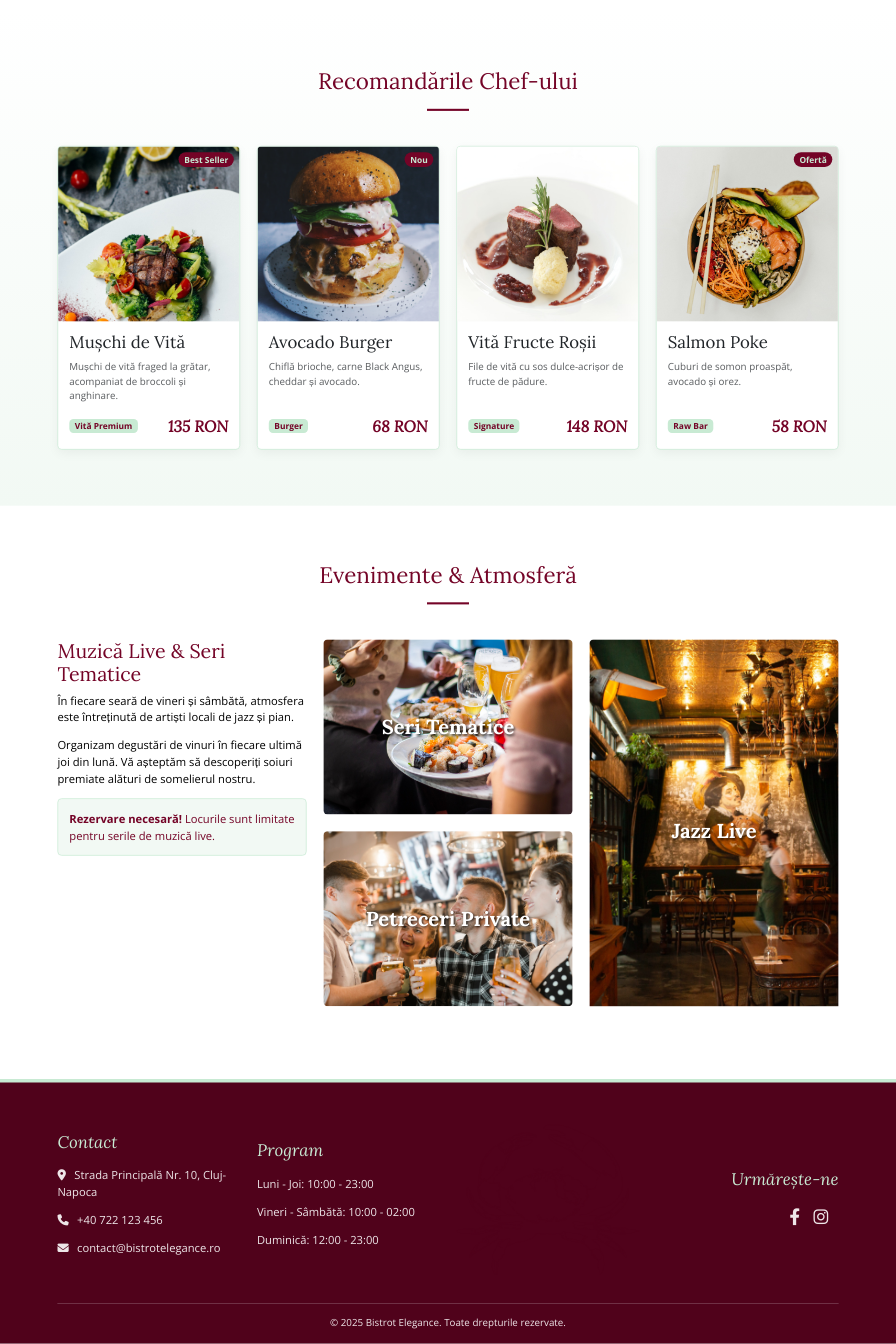
Repository: 912-Comsa-Teodora/bistrot-restaurant
Page: restaurant/index.html
These files come from the project's save history. The page is drawn as it stood at one moment and after the next save; the edit follows.
The browser window is 1280 px wide. The pictures show the part of the page from y = 1198 to 3118 px (the page is 3118 px tall), at 70% of full size.
A picture or video elsewhere on the page could not be fetched, so the positions and the page height are approximate.

Above is the page before, as saved 2026-01-18 16:41:34.

### restaurant/index.html
<!DOCTYPE html>
<html lang="ro">
<head>
    <meta charset="UTF-8">
    <meta name="viewport" content="width=device-width, initial-scale=1.0">
    <meta name="description" content="Cel mai bun restaurant și bar din oraș. Atmosferă unică, meniu select.">
    <meta name="author" content="Numele Tau">

    <title>Bistrot Elegance - Restaurant & Bar</title>

    <link href="https://cdn.jsdelivr.net/npm/bootstrap@5.3.0/dist/css/bootstrap.min.css" rel="stylesheet">
    <link rel="stylesheet" href="https://cdnjs.cloudflare.com/ajax/libs/font-awesome/6.4.0/css/all.min.css">

    <link href="https://fonts.googleapis.com/css2?family=Lora:ital,wght@0,400;0,700;1,400&family=Open+Sans:wght@300;400;700&display=swap" rel="stylesheet">

    <style>
        :root {
            --primary-color: #740427;
            --primary-dark: #50021b;
            --mint-color: #C8EAD3;
            --mint-light: #F2F9F4;
            --text-dark: #000000;
            --white: #ffffff;
        }

        body {
            /* CHANGE 1: Applied Open Sans */
            font-family: 'Open Sans', sans-serif;
            color: var(--text-dark);
            padding-top: 65px;
            background-color: var(--white);
        }

        h1, h2, h3, h4, h5 {
            /* CHANGE 1: Applied Lora */
            font-family: 'Lora', serif;
            color: var(--primary-color);
        }

        .navbar {
            background-color: #fff;
            box-shadow: 0 2px 10px rgba(0,0,0,0.1);
            border-bottom: 1px solid var(--mint-color);
        }

        .navbar-brand img {
            max-height: 40px;
        }

        .nav-link {
            color: var(--primary-dark);
            font-weight: 700;
            text-transform: uppercase;
            font-size: 0.9rem;
        }

        .nav-link:hover {
            color: var(--primary-color);
        }


        #heroCarousel .carousel-item img {
            height: calc(100vh - 65px);
            object-fit: cover;
            filter: brightness(0.6);
        }

        .carousel-caption {
            top: 50%;
            transform: translateY(-50%);
            bottom: auto;
            width: 70%;
            left: 15%;
        }

        .carousel-caption p {
            margin-top: 0;
            margin-bottom: 1.5rem;
            font-size: 1.2rem;
            font-weight: 300;
            color: #fff;
        }

        .carousel-caption h2 {
            font-size: 4rem;
            color: #fff;
            text-shadow: 2px 2px 4px rgba(0,0,0,0.6);
        }


        section {
            padding: 80px 0;
        }

        .section-title {
            text-align: center;
            margin-bottom: 50px;
            position: relative;
        }

        .section-title::after {
            content: '';
            display: block;
            width: 60px;
            height: 3px;
            background-color: var(--primary-color);
            margin: 20px auto;
        }

        .bg-mint-gradient {
            background: linear-gradient(180deg, var(--white) 0%, var(--mint-light) 100%);
        }

        .card {
            border: 1px solid var(--mint-color);
            background-color: #fff;
            transition: transform 0.3s;
            box-shadow: 0 5px 15px rgba(0,0,0,0.05);
        }

        .card:hover {
            transform: translateY(-5px);
            border-color: var(--primary-color);
            box-shadow: 0 10px 30px rgba(116, 4, 39, 0.1);
        }

        .card-img-top {
            height: 250px;
            width: 100%;
            object-fit: cover;
            object-position: center;
        }

        .price-tag {
            /* CHANGE 1 & 2: Font Lora + Italic */
            font-family: 'Lora', serif;
            font-size: 1.4rem;
            font-weight: 700;
            color: var(--primary-color);
            font-style: italic; /* Added Italic */
        }


        .badge-custom-primary {
            background-color: var(--primary-color) !important;
            color: var(--mint-color);
        }

        .badge-custom-mint {
            background-color: var(--mint-color) !important;
            color: var(--primary-color);
            font-weight: 700;
        }

        /* EVENTS STYLING */
        /* CHANGE 3: Wrapper for images to hold the text */
        .event-wrapper {
            position: relative;
            overflow: hidden;
            border-radius: 0.375rem; /* Matches Bootstrap 'rounded' */
        }

        /* CHANGE 3: Text Overlay Style */
        .event-text-overlay {
            position: absolute;
            top: 50%;
            left: 50%;
            transform: translate(-50%, -50%);
            color: var(--white);
            font-family: 'Lora', serif;
            font-size: 1.8rem;
            font-weight: 700;
            text-shadow: 2px 2px 4px rgba(0,0,0,0.8);
            width: 100%;
            text-align: center;
            z-index: 2;
            pointer-events: none; /* Allows clicking through text if needed */
        }

        /* Optional: Darken image slightly to make text pop */
        .event-wrapper img {
            transition: transform 0.3s ease;
        }
        .event-wrapper:hover img {
            transform: scale(1.05);
        }

        @media (min-width: 992px) {
            .event-img-small {
                height: 250px;
                width: 100%;
                object-fit: cover;
            }
            .event-img-large {
                height: calc(500px + 1.5rem);
                width: 100%;
                object-fit: cover;
            }
        }


        footer {
            background-color: var(--primary-dark);
            color: #fff;
            padding: 60px 0 20px;
            border-top: 5px solid var(--mint-color);
        }

        footer h4 {
            color: var(--mint-color);
            margin-bottom: 20px;
            /* CHANGE 2: Footer Titles Italic */
            font-style: italic;
        }

        footer p, footer i {
            color: rgba(255, 255, 255, 0.9);
        }

        .social-icons a {
            color: #fff;
            font-size: 1.5rem;
            margin-right: 15px;
            transition: color 0.3s;
        }

        .social-icons a:hover {
            color: var(--mint-color);
        }

        hr.bg-light {
             border-color: rgba(255,255,255,0.2);
        }
    </style>
</head>
<body>

    <header id="home">
        <nav class="navbar navbar-expand-lg navbar-light fixed-top">
            <div class="container">
                <a class="navbar-brand" href="index.html">
                    <img src="./pictures/Bistrot-Elegance-Logo-visiniu.png" alt="Logo Bistrot Elegance">
                </a>

                <button class="navbar-toggler" type="button" data-bs-toggle="collapse" data-bs-target="#navbarContent" aria-controls="navbarContent" aria-expanded="false" aria-label="Toggle navigation">
                    <span class="navbar-toggler-icon"></span>
                </button>

                <div class="collapse navbar-collapse" id="navbarContent">
                    <ul class="navbar-nav ms-auto mb-2 mb-lg-0">
                        <li class="nav-item">
                            <a class="nav-link" href="#home">Acasă</a>
                        </li>
                        <li class="nav-item">
                            <!-- LINK MODIFIED HERE TO OPEN PDF -->
                            <a class="nav-link" href="menu.pdf" target="_blank">Meniu</a>
                        </li>
                        <li class="nav-item">
                            <a class="nav-link" href="#despre">Despre Noi</a>
                        </li>
                        <li class="nav-item">
                            <a class="nav-link" href="#specialitati">Specialități</a>
                        </li>
                        <li class="nav-item">
                            <a class="nav-link" href="#evenimente">Evenimente</a>
                        </li>
                        <li class="nav-item">
                            <a class="nav-link" href="#contact">Contact</a>
                        </li>
                    </ul>
                </div>
            </div>
        </nav>
    </header>

    <div id="heroCarousel" class="carousel slide" data-bs-ride="carousel">
        <div class="carousel-inner">
            <div class="carousel-item active" data-bs-interval="3000">
                <img src="pictures/restaurant-imagine-principala.jpg" class="d-block w-100" alt="Interior restaurant">
                <div class="carousel-caption">
                    <p>Bine ați venit la</p>
                    <h2>Bistrot Elegance</h2>
                    <p>O experiență culinară de neuitat în inima orașului</p>
                </div>
            </div>

            <div class="carousel-item" data-bs-interval="3000">
                <img src="pictures/cover-bauturi.jpg" class="d-block w-100" alt="Bauturi">
                <div class="carousel-caption">
                    <h2>Cocktailuri Signature</h2>
                    <p>Mixologie rafinată pentru seri perfecte</p>
                </div>
            </div>

            <div class="carousel-item" data-bs-interval="3000">
                <img src="pictures/cover-mancare.jpg" class="d-block w-100" alt="Mancare">
                <div class="carousel-caption">
                    <h2>Gusturi Autentice</h2>
                    <p>Preparate create cu pasiune din ingrediente locale</p>
                </div>
            </div>

            <div class="carousel-item" data-bs-interval="3000">
                <img src="pictures/cover-desert.jpg" class="d-block w-100" alt="Desert">
                <div class="carousel-caption">
                    <h2>Deserturi Artizanale</h2>
                    <p>Finalul dulce perfect pentru orice masă</p>
                </div>
            </div>
        </div>
    </div>

    <section id="despre">
        <div class="container">
            <div class="row align-items-center">
                <div class="col-lg-6 mb-4 mb-lg-0">
                    <h2 class="mb-4">Povestea Noastră</h2>
                    <h3 class="mb-3" style="color: var(--text-dark); opacity: 0.8;">Tradiție și modernism din 2010</h3>
                    <p>
                        Situat într-o clădire istorică, <strong>Bistrot Elegance</strong> îmbină arhitectura clasică cu un design interior modern și vibrant. Ne mândrim cu o atmosferă care invită la relaxare și conversație, fiind locul ideal atât pentru întâlniri de afaceri, cât și pentru cine romantice.
                    </p>
                    <p>
                        Filozofia noastră culinară se bazează pe ingrediente locale, proaspete, reinterpretate într-o manieră internațională. Echipa noastră de bucătari pasionați lucrează zilnic pentru a oferi preparate care surprind prin gust și prezentare.
                    </p>
                </div>
                <div class="col-lg-6">
                    <img src="pictures/interior-restaurant.jpg" class="img-fluid rounded shadow" alt="Interior restaurant">
                </div>
            </div>
        </div>
    </section>

    <section id="specialitati" class="bg-mint-gradient">
        <div class="container">
            <h2 class="section-title">Recomandările Chef-ului</h2>
            <div class="row g-4">

                <div class="col-md-6 col-lg-3">
                    <div class="card h-100">
                        <span class="position-absolute top-0 end-0 badge rounded-pill badge-custom-primary m-2">
                            Best Seller
                        </span>
                        <img src="pictures/muschi-de-vita-cu-legume.jpg" class="card-img-top" alt="Vita">
                        <div class="card-body d-flex flex-column">
                            <h4 class="card-title">Mușchi de Vită</h4>
                            <p class="card-text small text-muted">Mușchi de vită fraged la grătar, acompaniat de broccoli și anghinare.</p>
                            <div class="mt-auto d-flex justify-content-between align-items-center">
                                <span class="badge badge-custom-mint">Vită Premium</span>
                                <span class="price-tag">135 RON</span>
                            </div>
                        </div>
                    </div>
                </div>

                <div class="col-md-6 col-lg-3">
                    <div class="card h-100">
                         <span class="position-absolute top-0 end-0 badge rounded-pill badge-custom-primary m-2">
                            Nou
                        </span>
                        <img src="pictures/avocado-gourmet-burger.jpg" class="card-img-top" alt="Burger">
                        <div class="card-body d-flex flex-column">
                            <h4 class="card-title">Avocado Burger</h4>
                            <p class="card-text small text-muted">Chiflă brioche, carne Black Angus, cheddar și avocado.</p>
                            <div class="mt-auto d-flex justify-content-between align-items-center">
                                <span class="badge badge-custom-mint">Burger</span>
                                <span class="price-tag">68 RON</span>
                            </div>
                        </div>
                    </div>
                </div>

                 <div class="col-md-6 col-lg-3">
                    <div class="card h-100">
                        <img src="pictures/vita-cu-fructe-rosii.jpg" class="card-img-top" alt="Vita fructe rosii">
                        <div class="card-body d-flex flex-column">
                            <h4 class="card-title">Vită Fructe Roșii</h4>
                            <p class="card-text small text-muted">File de vită cu sos dulce-acrișor de fructe de pădure.</p>
                            <div class="mt-auto d-flex justify-content-between align-items-center">
                                <span class="badge badge-custom-mint">Signature</span>
                                <span class="price-tag">148 RON</span>
                            </div>
                        </div>
                    </div>
                </div>

                <div class="col-md-6 col-lg-3">
                    <div class="card h-100">
                        <span class="position-absolute top-0 end-0 badge rounded-pill badge-custom-primary m-2">
                            Ofertă
                        </span>
                        <img src="pictures/salmon-poke.jpg" class="card-img-top" alt="Poke">
                        <div class="card-body d-flex flex-column">
                            <h4 class="card-title">Salmon Poke</h4>
                            <p class="card-text small text-muted">Cuburi de somon proaspăt, avocado și orez.</p>
                            <div class="mt-auto d-flex justify-content-between align-items-center">
                                <span class="badge badge-custom-mint">Raw Bar</span>
                                <span class="price-tag">58 RON</span>
                            </div>
                        </div>
                    </div>
                </div>

            </div>
        </div>
    </section>

    <section id="evenimente">
        <div class="container">
            <h2 class="section-title">Evenimente & Atmosferă</h2>
            <div class="row">
                <div class="col-lg-4 mb-4">
                    <h3>Muzică Live & Seri Tematice</h3>
                    <p>În fiecare seară de vineri și sâmbătă, atmosfera este întreținută de artiști locali de jazz și pian.</p>
                    <p>Organizam degustări de vinuri în fiecare ultimă joi din lună. Vă așteptăm să descoperiți soiuri premiate alături de somelierul nostru.</p>
                    <div class="alert alert-info mt-3" style="background-color: var(--mint-light); border-color: var(--mint-color); color: var(--primary-color);">
                        <strong>Rezervare necesară!</strong> Locurile sunt limitate pentru serile de muzică live.
                    </div>
                </div>

                <div class="col-lg-4 col-md-6 mb-4">

                    <div class="event-wrapper mb-4">
                        <img src="pictures/seara-tematica-sushi.jpg" class="img-fluid w-100 event-img-small" alt="Live">
                        <div class="event-text-overlay">Seri Tematice</div>
                    </div>

                    <div class="event-wrapper">
                        <img src="pictures/petrecere-privata.jpg" class="img-fluid w-100 event-img-small" alt="Vin">
                        <div class="event-text-overlay">Petreceri Private</div>
                    </div>
                </div>

                <div class="col-lg-4 col-md-6">
                    <div class="event-wrapper h-100">
                        <img src="pictures/seara-de-jazz.jpg" class="img-fluid w-100 event-img-large" alt="Party">
                        <div class="event-text-overlay">Jazz Live</div>
                    </div>
                </div>

            </div>
        </div>
    </section>

    <footer id="contact">
        <div class="container">
            <div class="row align-items-center">
                <div class="col-md-3 mb-4">
                    <h4>Contact</h4>
                    <p><i class="fas fa-map-marker-alt me-2"></i> Strada Principală Nr. 10, Cluj-Napoca</p>
                    <p><i class="fas fa-phone me-2"></i> +40 722 123 456</p>
                    <p><i class="fas fa-envelope me-2"></i> contact@bistrotelegance.ro</p>
                </div>

                <div class="col-md-3 mb-4">
                    <h4>Program</h4>
                    <p>Luni - Joi: 10:00 - 23:00</p>
                    <p>Vineri - Sâmbătă: 10:00 - 02:00</p>
                    <p>Duminică: 12:00 - 23:00</p>
                </div>

                <div class="col-md-3 mb-4 text-center">
                    <img src="./pictures/Bistrot-Elegance-Logo-visiniu.png" alt="Logo Bistrot Elegance" class="footer-logo img-fluid">
                </div>

                <div class="col-md-3 mb-4 text-md-end text-center">
                    <h4>Urmărește-ne</h4>
                    <div class="social-icons">
                        <a href="https://www.instagram.com/p/DTpjjSEiNyFa9zL6V36H__r-7ydWBVExPYOuuw0/?igsh=MWZ2dzEzcHJvdDZu" aria-label="Facebook"><i class="fab fa-facebook-f"></i></a>
                        <a href="https://www.instagram.com/bistrotelegance?igsh=MXN3Zzh1YTdrY3Y3cw%3D%3D&utm_source=qr" aria-label="Instagram"><i class="fab fa-instagram"></i></a>
                    </div>
                </div>
            </div>

            <hr class="bg-light">

            <div class="row">
                <div class="col-12 text-center">
                    <p class="small mb-0">&copy; 2025 Bistrot Elegance. Toate drepturile rezervate.</p>
                </div>
            </div>
        </div>
    </footer>

    <script src="https://cdn.jsdelivr.net/npm/bootstrap@5.3.0/dist/js/bootstrap.bundle.min.js"></script>
</body>
</html>

After the next save:
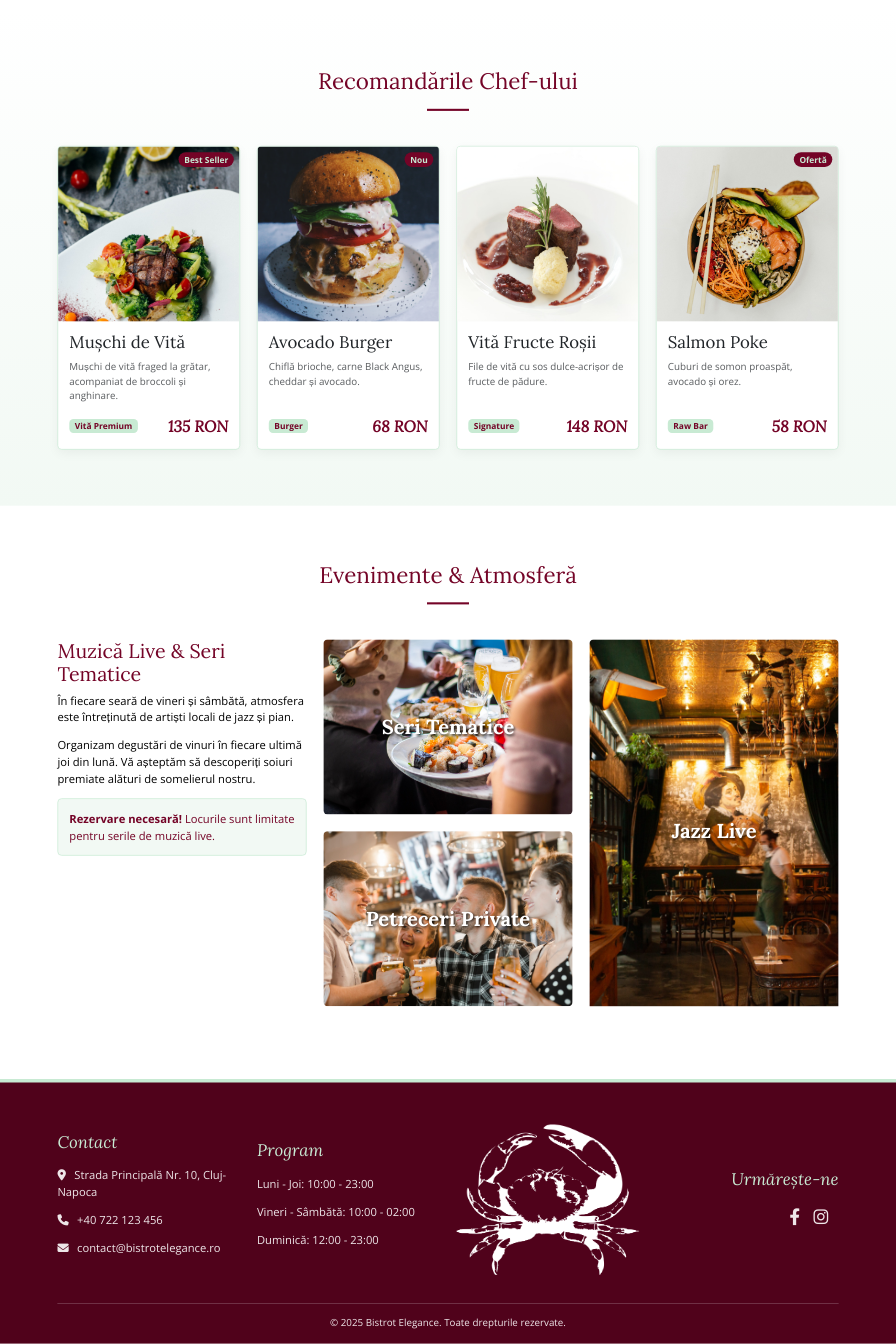
Saved 15 s later.
--- a/restaurant/index.html
+++ b/restaurant/index.html
@@ -459,7 +459,7 @@
                 </div>
 
                 <div class="col-md-3 mb-4 text-center">
-                    <img src="./pictures/Bistrot-Elegance-Logo-visiniu.png" alt="Logo Bistrot Elegance" class="footer-logo img-fluid">
+                    <img src="./pictures/Bistrot-Elegance-Logo.png" alt="Logo Bistrot Elegance" class="footer-logo img-fluid">
                 </div>
 
                 <div class="col-md-3 mb-4 text-md-end text-center">
